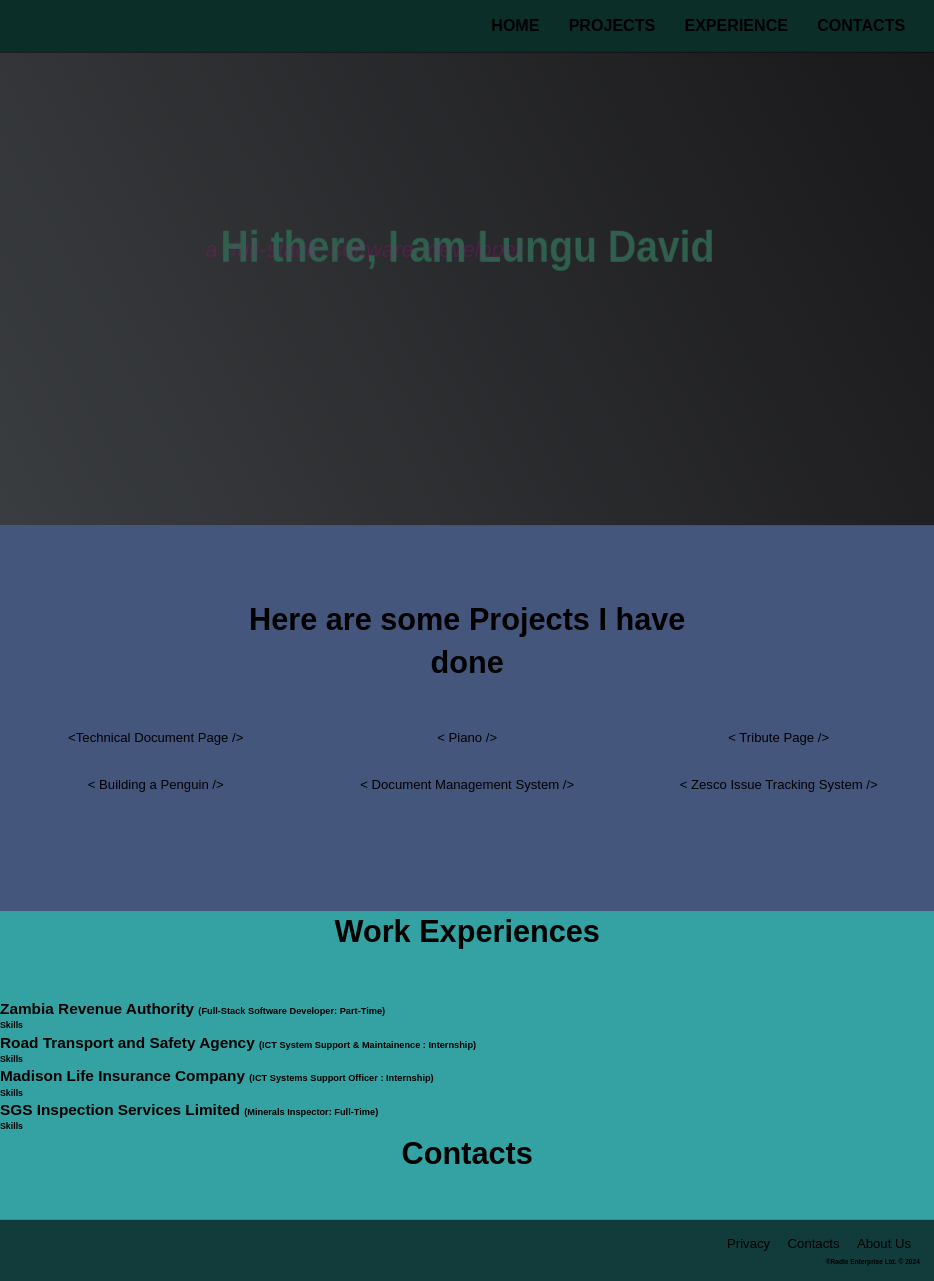
Repository: Lungdjos/personal_portifolio
Page: html/index.html
These files come from the project's save history. The page is drawn as it stood at one moment and after a run of saves; the edit follows.
The browser window is 1280 px wide. The pictures show the whole page, at 73% of full size.

Above is the page before, as saved 2024-02-04 00:16:15.

After the next 3 saves:
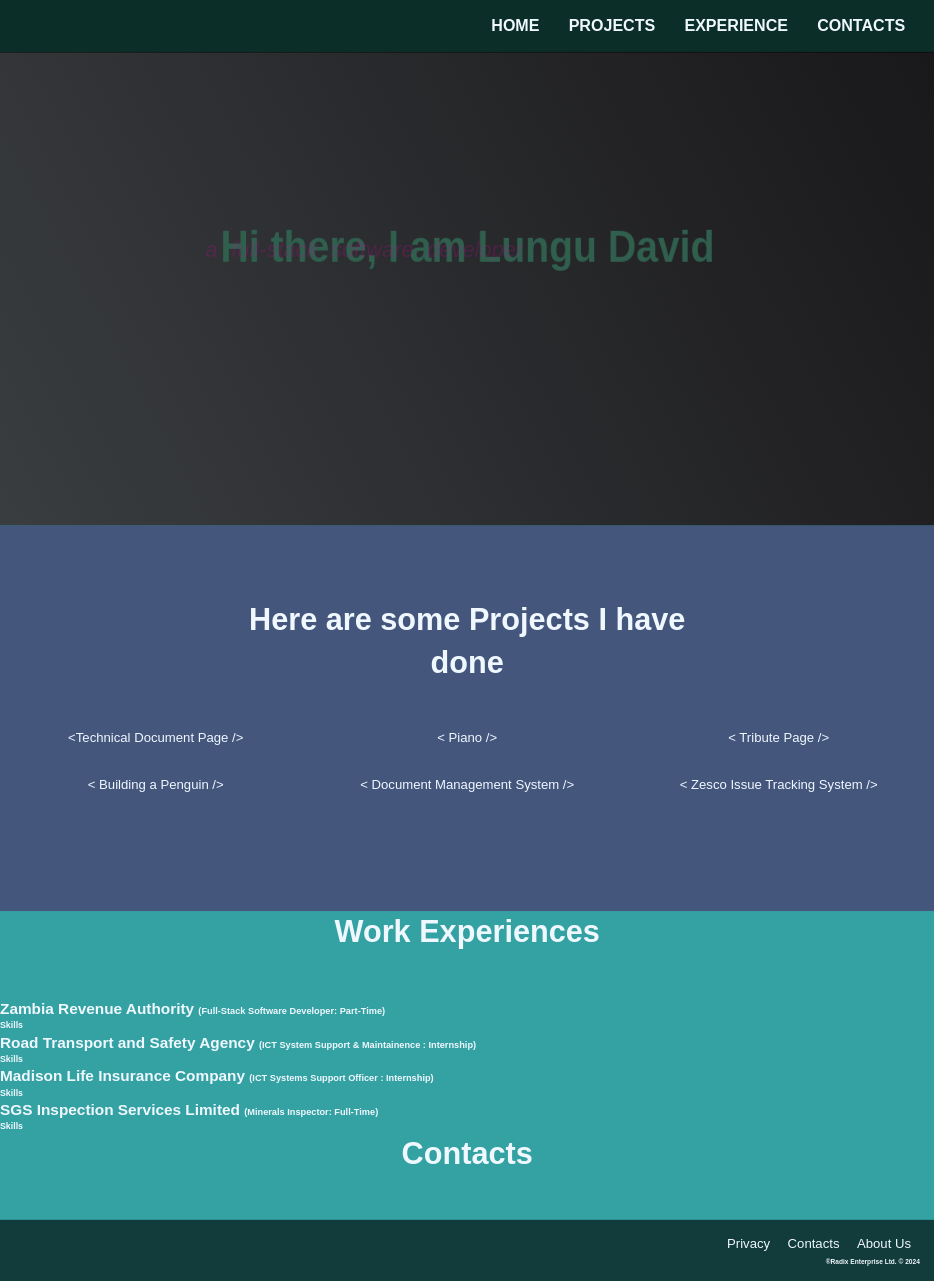
The 3 saves are shown as one change because they came seconds apart.
The last was saved 14 s later.
--- a/css/styles.css
+++ b/css/styles.css
@@ -45,7 +45,7 @@ body {
     font-size: 1.8rem;
     font-weight: 400;
     line-height: 1.4;
-    color: var(--main-col);
+    color: var(--col-1);
     background-color: var(--bc-1);
 }
 
